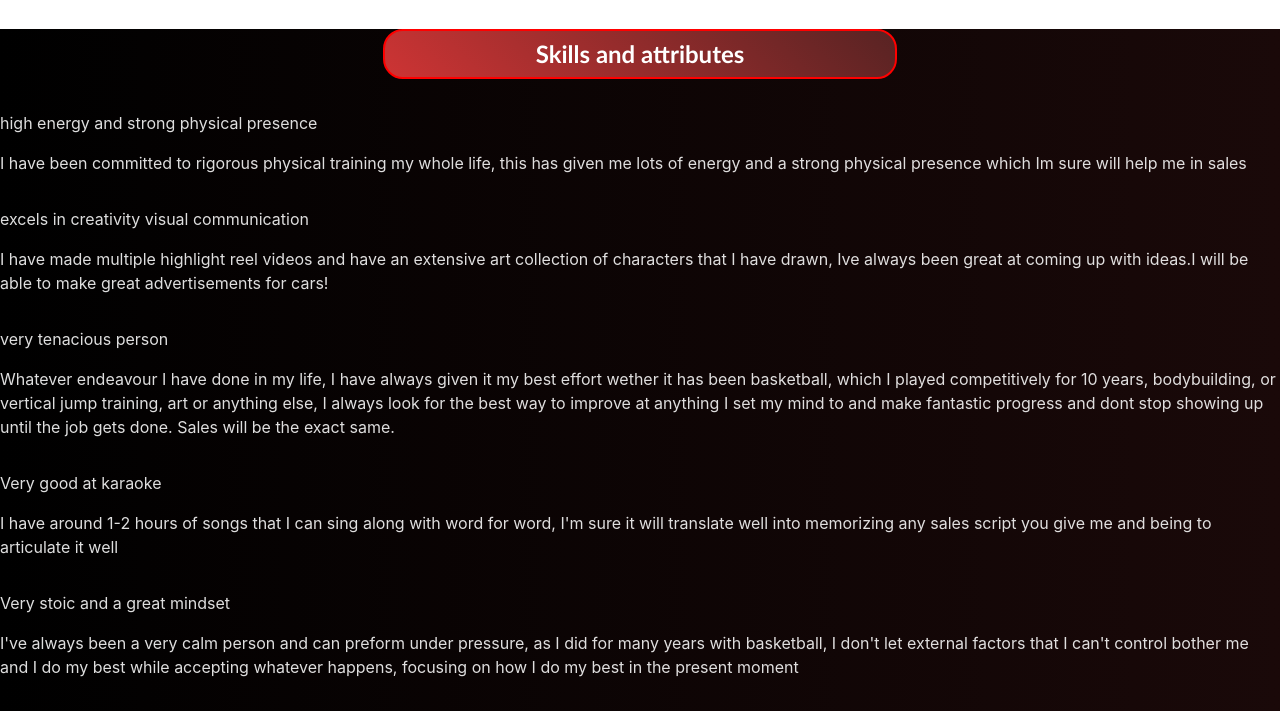
Repository: TMuse333/resume1
Page: /
The author's editor kept a copy of each file at every save. The page is drawn from the files as they stood at one save, then again after a run of saves.
The browser window is 1280 px wide. The pictures show the whole page.
The project was rebuilt for these pictures with package versions that can differ from the ones it lists, and the page was loaded fresh each time. Also part of the build but not shown: vite.config.js, src/components/navbar.jsx, src/components/about.jsx, src/components/contact.jsx, src/components/footer.jsx, src/components/experience.jsx, src/components/carousel.jsx, src/components/experienceCarousel.jsx and 4 more. Imported but missing from the stored project, and not drawn on this page: src/images/best_dunk.mp4.

Above is the page before, as saved 2023-10-18 15:02:53.

After the next 2 saves:
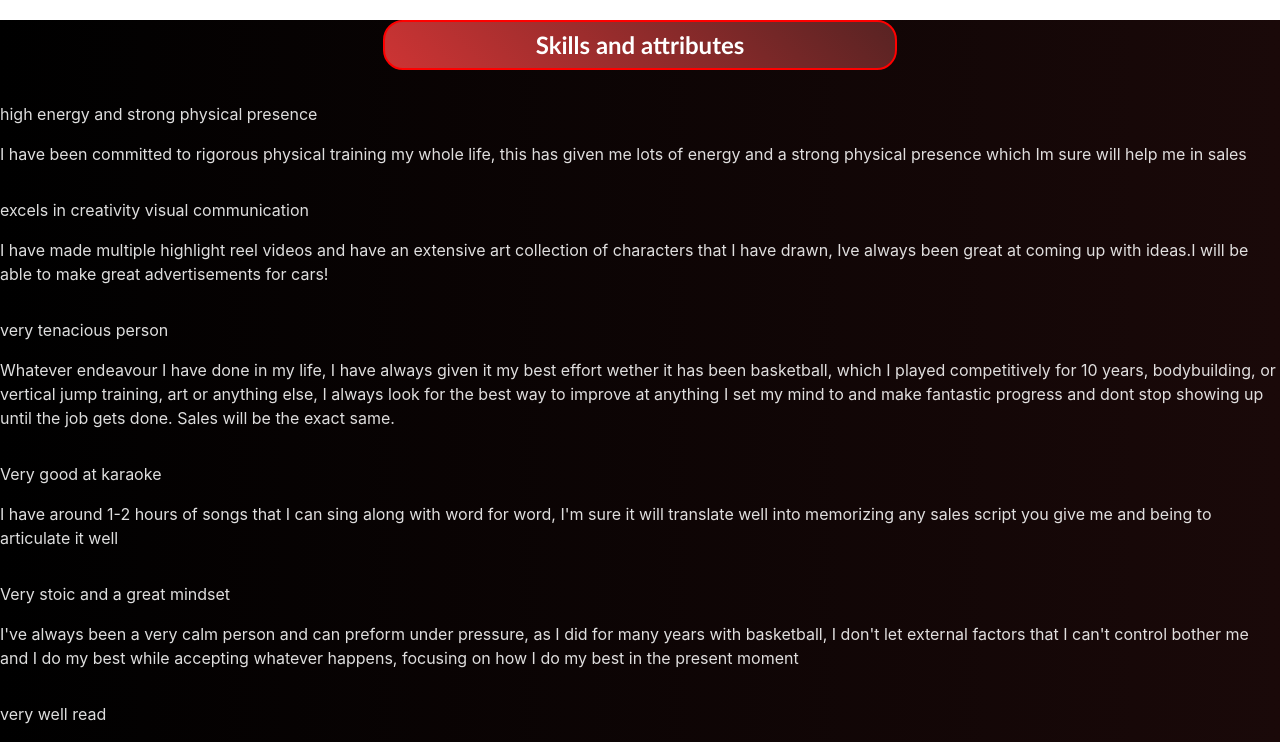
The 2 saves are shown as one change because 1 did not build or start.
The last was saved 8 s later.
--- a/src/components/skillDesc.js
+++ b/src/components/skillDesc.js
@@ -243,7 +243,7 @@ export const attributes = [
     "focusing on how I do my best in the present moment"
   },
   {
-
+    name:'very well read'
   }
 
 ]
